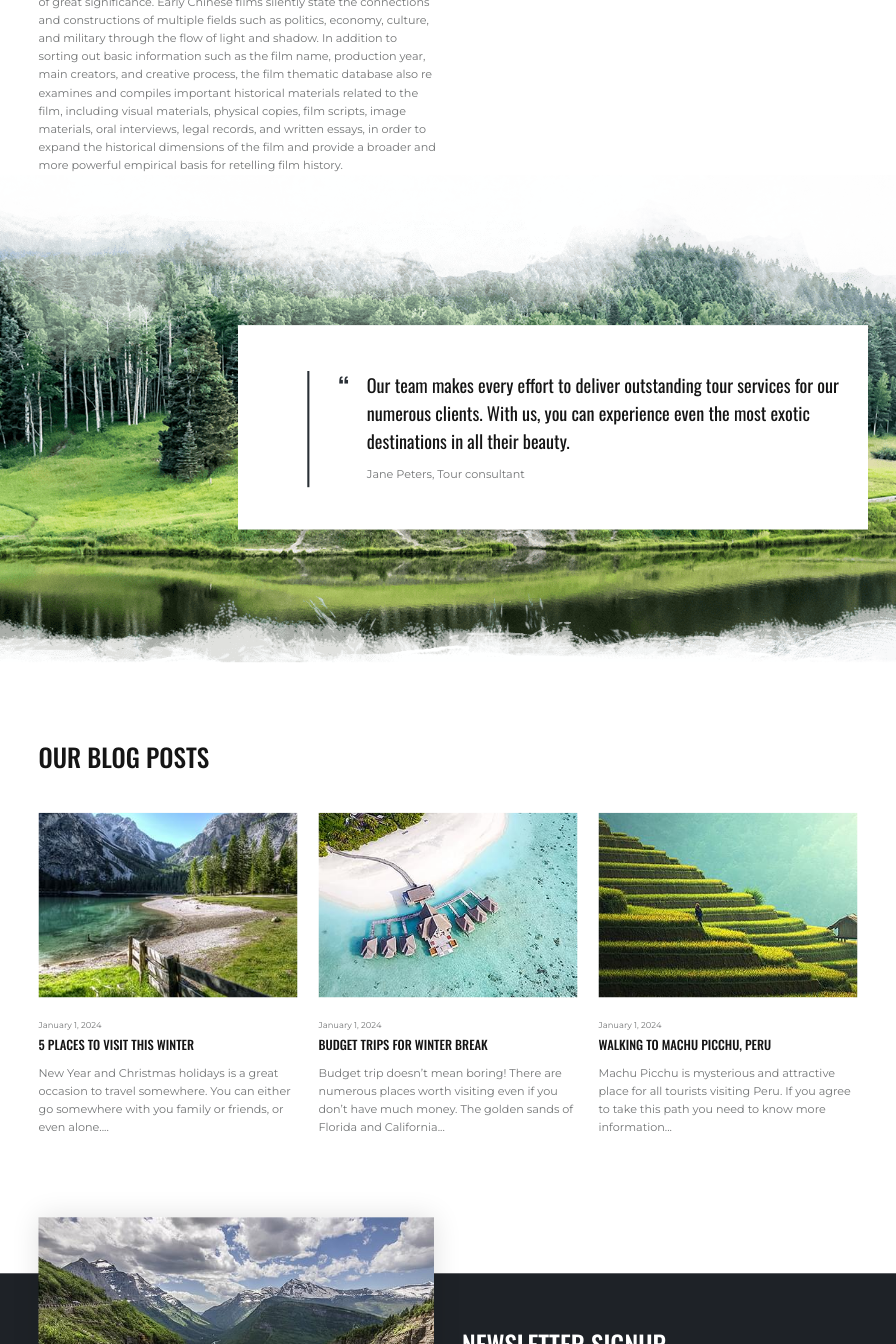
Repository: Jquarker/Modern-Film-Database
Page: index.html
The author's editor kept a copy of each file at every save. The page is drawn from the files as they stood at one save, then again after the next save.
The browser window is 1280 px wide. The pictures show the part of the page from y = 4040 to 5960 px (the page is 6325 px tall before and 6730 px after), at 70% of full size.

Above is the page before, as saved 2025-02-21 11:48:35.

After the next save:
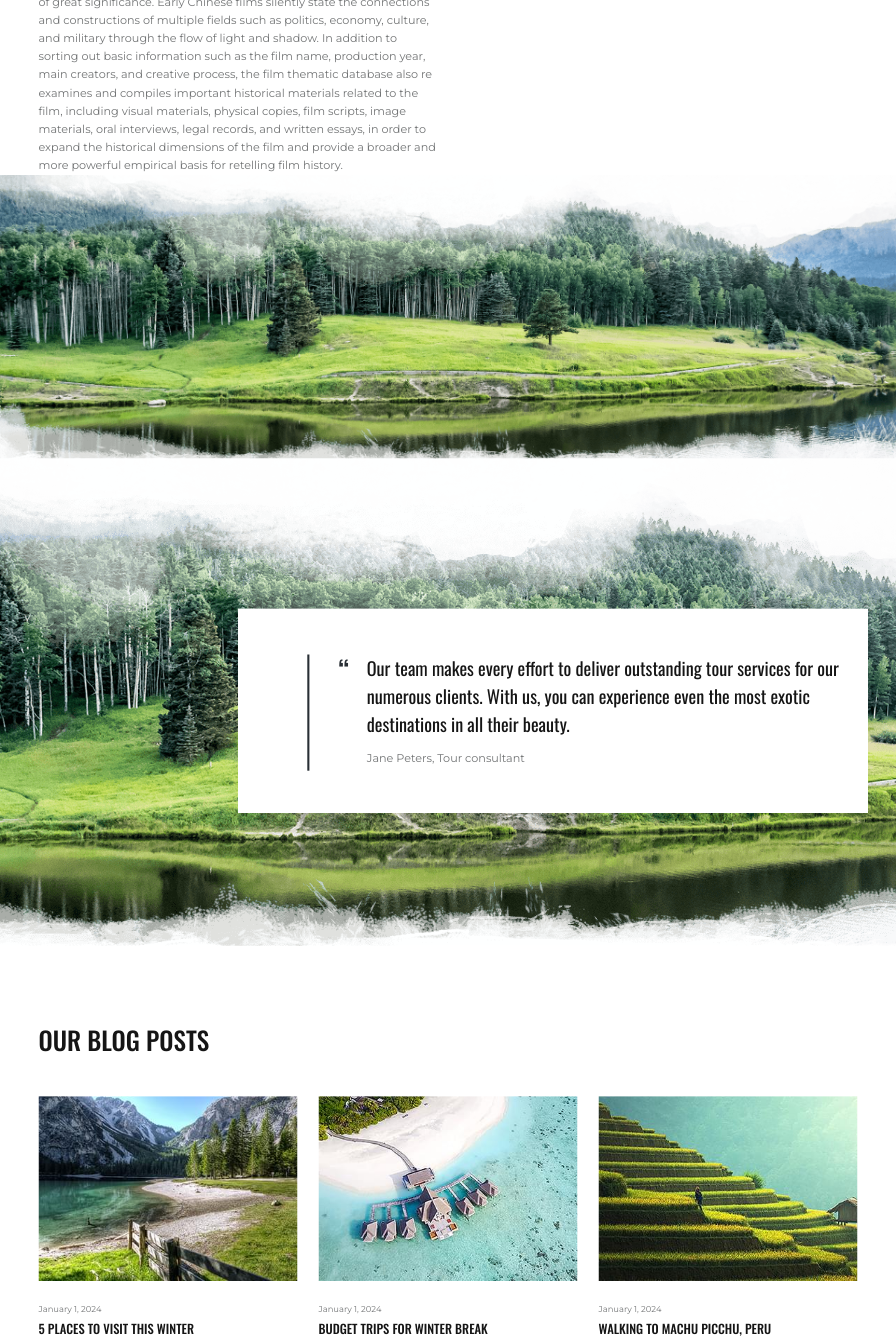
Saved 29 s later.
--- a/index.html
+++ b/index.html
@@ -245,23 +245,23 @@
             <div class="col-xl-6 wow fadeInLeft">
               <p>于影史长河中打捞起一帧帧历史影像意义重大，中国早期电影于光影流动之间默默陈述着政治、经济、文化、军事等多重场域的关联与互构。影片专题库数据除电影名称、出品年份、主创人员、创作历程等基本信息梳理外，对影片相关的影像资料、拷贝实物、电影剧本、图片资料、口述采访、典章记载、著述文论等重要史料进行再度考证整编，极力展拓影片的史料维度，以期为重述影史提供更为宽泛有力的实证性基础。</p>
             </div>
-              </ul>
-            </div>
-            <h2>Early Film Special Database</h2>
-            <div class="row row-40 offset-lg">
-              <div class="col-xl-6 wow fadeInLeft">
-                <p>Picking up frames of historical images in the long river of film history is of great significance. Early Chinese films
-                silently state the connections and constructions of multiple fields such as politics, economy, culture, and military
-                through the flow of light and shadow. In addition to sorting out basic information such as the film name, production
-                year, main creators, and creative process, the film thematic database also re examines and compiles important historical
-                materials related to the film, including visual materials, physical copies, film scripts, image materials, oral
-                interviews, legal records, and written essays, in order to expand the historical dimensions of the film and provide a
-                broader and more powerful empirical basis for retelling film history.
-                          </p>
-                        </div>
-                        </ul>
-                      </div>
-          </div>
+          </div>
+          <h2>Early Film Special Database</h2>
+          <div class="row row-40 offset-lg">
+            <div class="col-xl-6 wow fadeInLeft">
+              <p>Picking up frames of historical images in the long river of film history is of great significance. Early Chinese films
+              silently state the connections and constructions of multiple fields such as politics, economy, culture, and military
+              through the flow of light and shadow. In addition to sorting out basic information such as the film name, production
+              year, main creators, and creative process, the film thematic database also re examines and compiles important historical
+              materials related to the film, including visual materials, physical copies, film scripts, image materials, oral
+              interviews, legal records, and written essays, in order to expand the historical dimensions of the film and provide a
+              broader and more powerful empirical basis for retelling film history.
+              </p>
+            </div>
+          </div>
+        </div>
+      </section>
+      <section class="section section-lg bg-image-4">
         </div>
       </section>
       <section class="section section-lg bg-image-4">
